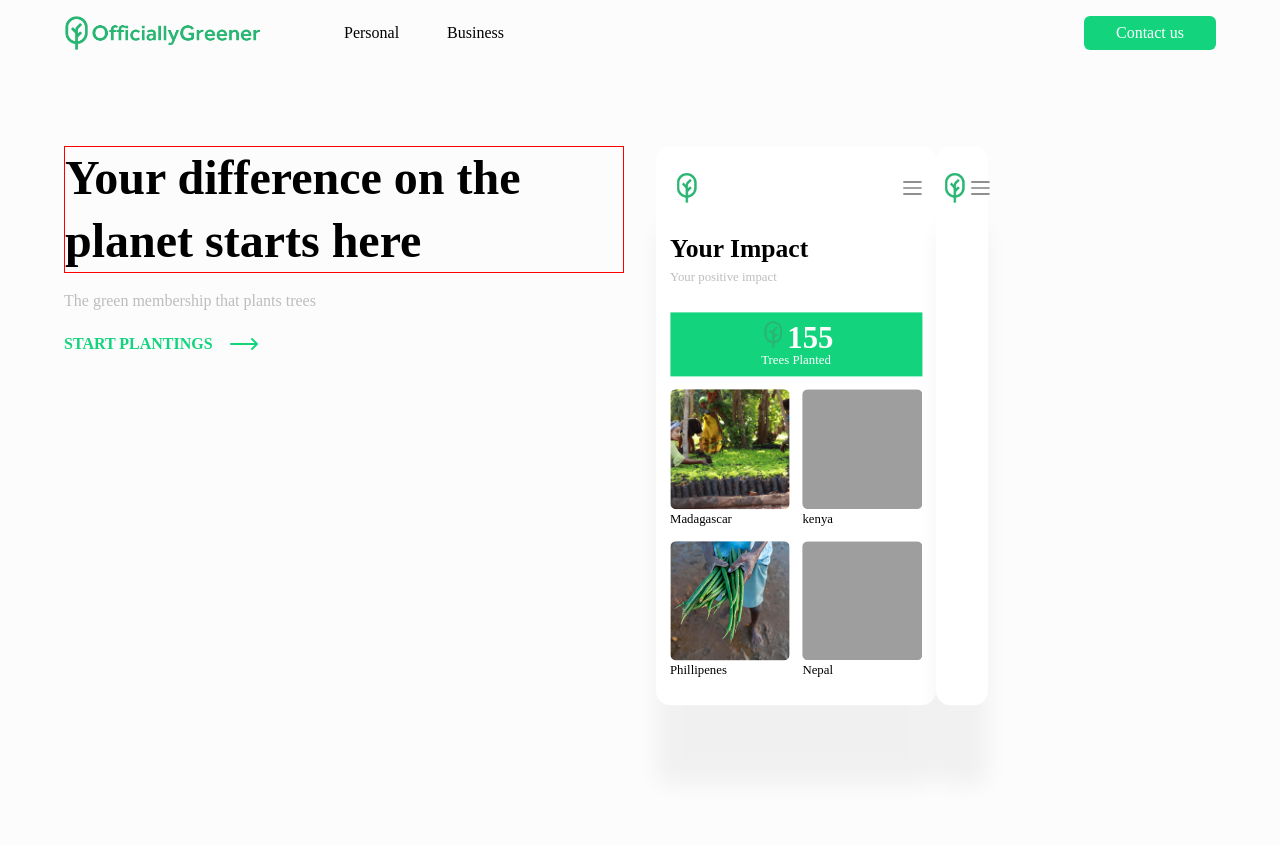
Repository: Sinkycode/Officially-Greener
Page: index.html
These files come from the project's save history. The page is drawn as it stood at one moment and after the next save; the edit follows.
The browser window is 1280 px wide. The pictures show the whole page.
Pictures or frames that could not be fetched are drawn as grey boxes.

Above is the page before, as saved 2023-03-07 23:28:43.

### index.html
<!DOCTYPE html>
<html lang="en">
<head>
  <meta charset="UTF-8">
  <meta http-equiv="X-UA-Compatible" content="IE=edge">
  <meta name="viewport" content="width=device-width, initial-scale=1.0">
  <link rel="stylesheet" href="style.css">
  <title>Officially Greener</title>
</head>
<body>
  <div id="landing-page">
    <header>
      <img src="logo/Officially Greener Transparent background.png" alt="officially mobile logo" id="logo" width="200px">
      <ul class="nav-list">
        <li><a href="http://">Personal</a></li>
        <li><a href="http://">Business</a></li>
      </ul>
     <button class="btn">Contact us</button>
    </header>

    <div class="landing-page__container container">
      <div class="context">
        <h1 class="landing-page__big-txt">Your difference on the planet starts here</h1>
        <p class="landing-page__gray-para">The green membership that plants trees</p>
        <a href="#" class="direct-link">Start plantings<img src="images/icons8-right-arrow-60.png" alt=""></a>
      </div>

      <div class="mockup">
        <div class="phone phone1">
         <div class="container">
          <div class="navigation">
            <img src="logo/officially logo mobile.png" alt="mockup logo" class="phone-logo">
            <img src="images/icons8-menu-rounded-50.png" alt="mockup bars" class="phone-bars">
          </div>
          <div class="wrapper">
            <h1 class="mockup-big-txt">Your Impact</h1>
            <p class="phone-gray-para">Your positive impact</p>
            <div class="tree-planted">
              <div class="rate">
                <img src="logo/officially logo mobile.png">
                <span>155</span>
              </div>
              <p>Trees Planted</p>
            </div>

            <div class="mockup-gallery">
              <div>
                <img src="images/Magagascar.jpg" alt="">
                <span>Madagascar</span>
              </div>
              <div>
                <img src="images/Kenya.jpg" alt="">
                <span>kenya</span>
              </div>
              <div>
                <img src="images/Phillipenes.jpg" alt="">
                <span>Phillipenes</span>
              </div>
              <div>
                <img src="images/Nepal.jpg" alt="">
                <span>Nepal</span>
              </div>
            </div>
          </div>
         </div>
        </div>

        <div class="phone phone2">
          <div class="container">
            <div class="navigation">
              <img src="logo/officially logo mobile.png" alt="mockup logo" class="phone-logo">
              <img src="images/icons8-menu-rounded-50.png" alt="mockup bars" class="phone-bars">
            </div>
          </div>
        </div>
      </div>
    </div>
  </div>
</body>
</html>

### style.css
:root {
  --accent: rgb(19, 212, 125);
}

*, *::after, *::before {
  box-sizing: border-box;
  margin: 0;
  padding: 0;
}

html, body {
  font-family: 'effra';
  scroll-behavior: smooth;
  overflow-x: hidden;
}

body {
  line-height: 1.5;
  font-size: 16px;
  background-color:hsl(0, 0%, 99%);
}

/* CUSTOMIZATION */
img {
  max-width: 100%;
  display: block;
}

button, input {
  outline: none;
  border: none;
  /* background: transparent; */
  font-family: inherit;
  font-size: inherit;
  color: inherit;
}

ul, p {
  margin: 0;
  list-style: none;

}

a {
  text-decoration: none;
  color: inherit;
}

h1,h2,h3 {
  margin: 0;
}

.container {
  max-width: 90%;
  margin: 0 auto;
}

header {
  display: flex;
  align-items: center;
  gap: 5rem;
  padding-block: 1rem;
  max-width: 90%;
  margin: 0 auto;
  /* border: 1px solid red; */
}

.nav-list {
  display: flex;
  gap: 3rem;
}

header > *:last-child {
  margin-left: auto;
}

.btn {
  background-color: var(--accent);
  color: white;
  padding: .5rem 2rem;
  border-radius: 6px;
}

@media (min-width: 1200px) {
  .landing-page__container {
    /* border: 1px solid red; */
    padding-top: 5rem;
    display: grid;
    grid-template-columns: 1fr 1fr;
    gap: 2rem;
  }
}

.landing-page__big-txt {
  font-size: clamp(2rem, 1rem + 10vw, 3rem);
  line-height: 1.3;
  margin-bottom: 1rem;
  border: 1px solid red;
}

.phone-gray-para,
.landing-page__gray-para {
  color: rgb(189, 189, 189);
  margin-bottom: 1rem;
}

.direct-link {
  text-transform: uppercase;
  font-weight: bold;
  color: var(--accent);
  display: flex;
  align-items: center;
  gap: 1rem;
}

.direct-link img {
  width: 30px;
}

/* Mockup */

.mockup {
  transform: scale(.8);
  transform-origin: 0% -0%;
  display: flex;
  /* border: 1px solid red; */
}

.phone {
  background-color: white;
  max-width: 350px;
  border-radius: 18px;
  padding-block: 2rem;
  box-shadow: 0px 100px 28px rgba(0, 0, 0, 0.047);
}

.mockup .navigation {
  display: flex;
  align-items: center;
  justify-content: space-between;
  margin-bottom: 2rem;
}

.phone-logo {
  max-width: 40px;
}
.phone-bars {
  max-width: 25px;
}

.mockup-big-txt {
  font-size: 2rem;
  font-weight: bold;
}

.phone-gray-para {
  margin-bottom: 2rem;
}

.tree-planted {
  display: block;
  min-height: 80px;
  padding-block: .5rem;
  background-color: var(--accent);
  color: white;
  display: flex;
  flex-direction: column;
  align-items: center;
  justify-content: center;
  margin-bottom: 1rem;
  line-height: initial !important;
}

.tree-planted .rate {
  display: flex;
  align-items: center;
  transform: scale(1.2);
}

.tree-planted .rate img {
  max-width: 30px;
  align-self: flex-start;
}

.tree-planted .rate span {
  align-self: flex-end;
  font-size: 2rem;
  font-weight: bold;
}
.mockup-gallery {
  display: grid;
  grid-template-columns: repeat(2, 1fr);
  gap: 1rem;
}

.mockup-gallery img {
  width: 100%;
  aspect-ratio: 1 / 1;
  object-fit: cover;
  border-radius: 7px;
}

After the next save:
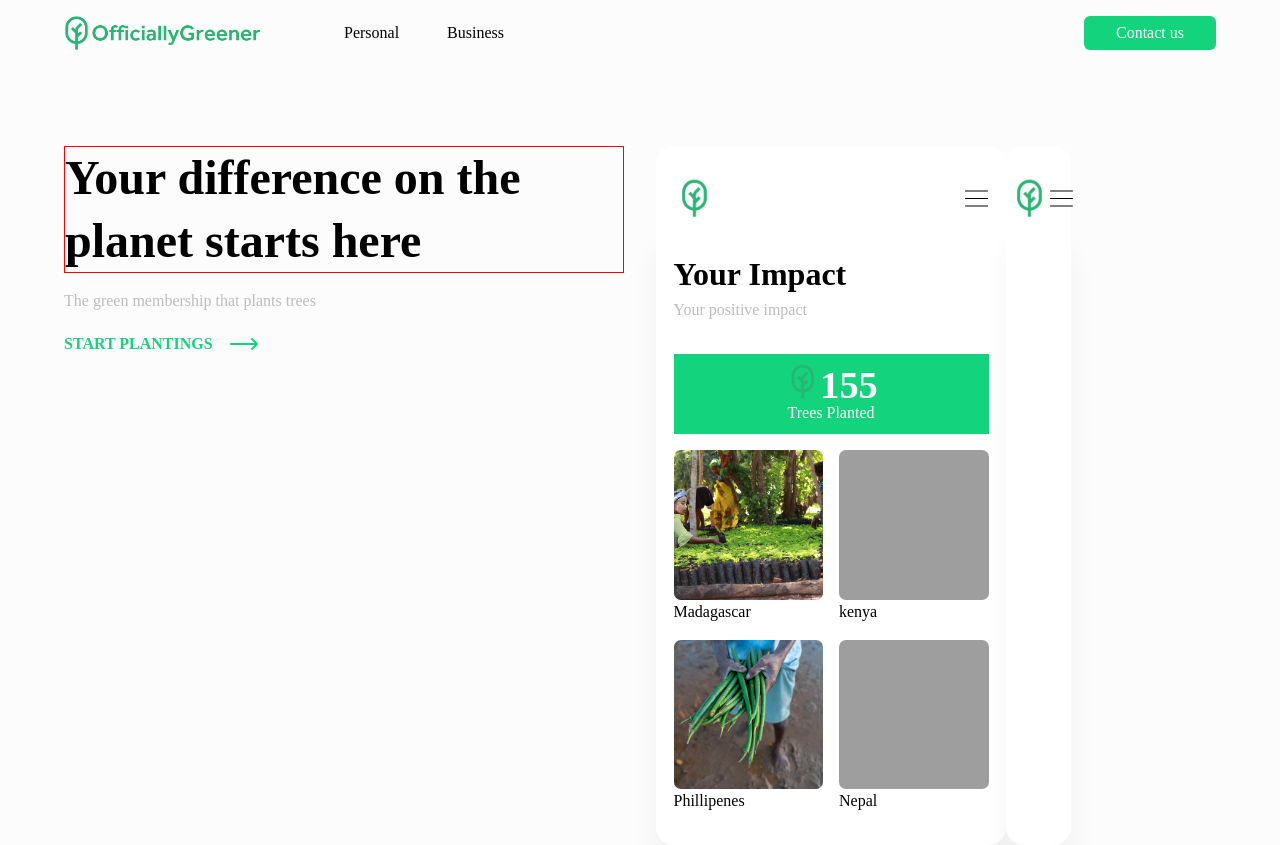
Saved 15 s later.
--- a/style.css
+++ b/style.css
@@ -120,8 +120,8 @@
 /* Mockup */
 
 .mockup {
-  transform: scale(.8);
-  transform-origin: 0% -0%;
+  /* transform: scale(.8);
+  transform-origin: 0% -0%; */
   display: flex;
   /* border: 1px solid red; */
 }

After the save that followed:
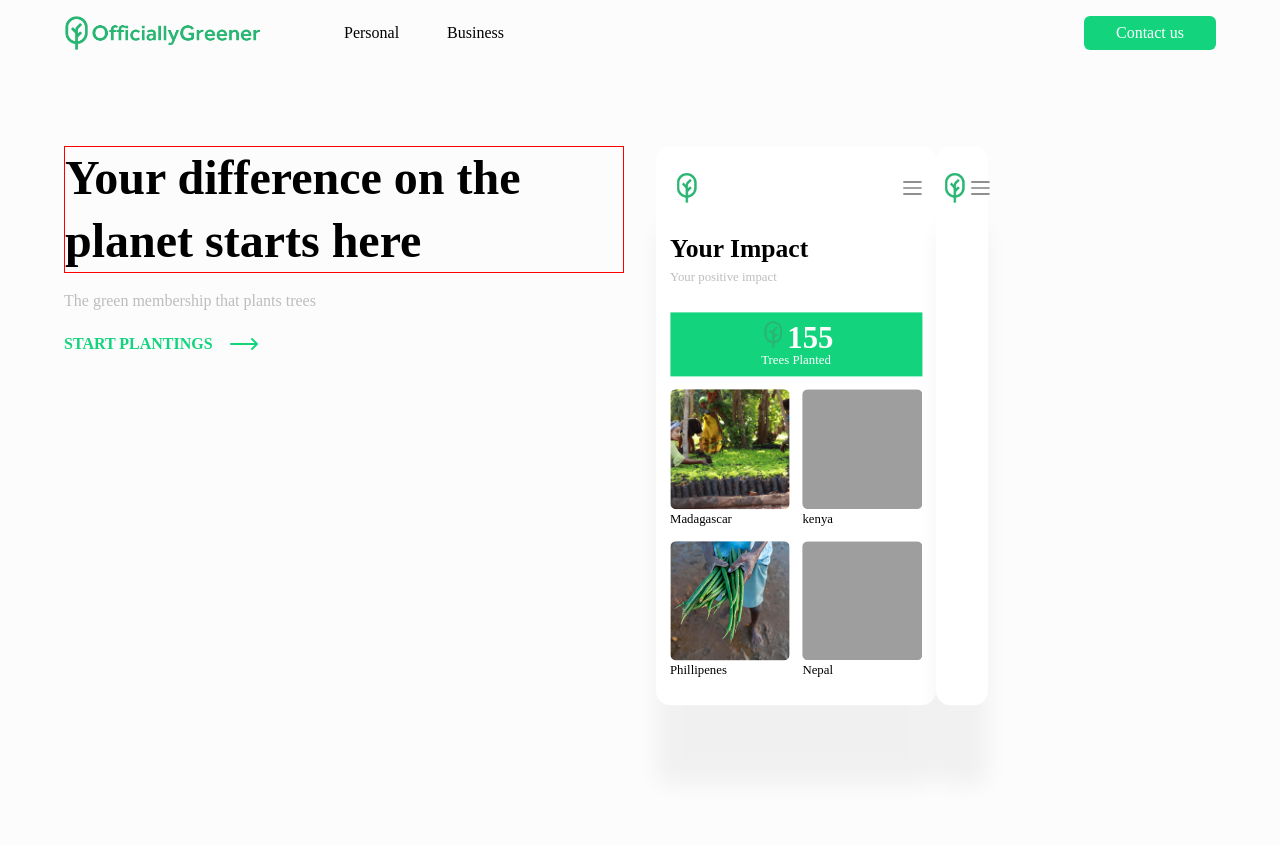
Saved 4 s later.
--- a/style.css
+++ b/style.css
@@ -120,8 +120,8 @@
 /* Mockup */
 
 .mockup {
-  /* transform: scale(.8);
-  transform-origin: 0% -0%; */
+  transform: scale(.8);
+  transform-origin: 0% -0%;
   display: flex;
   /* border: 1px solid red; */
 }
